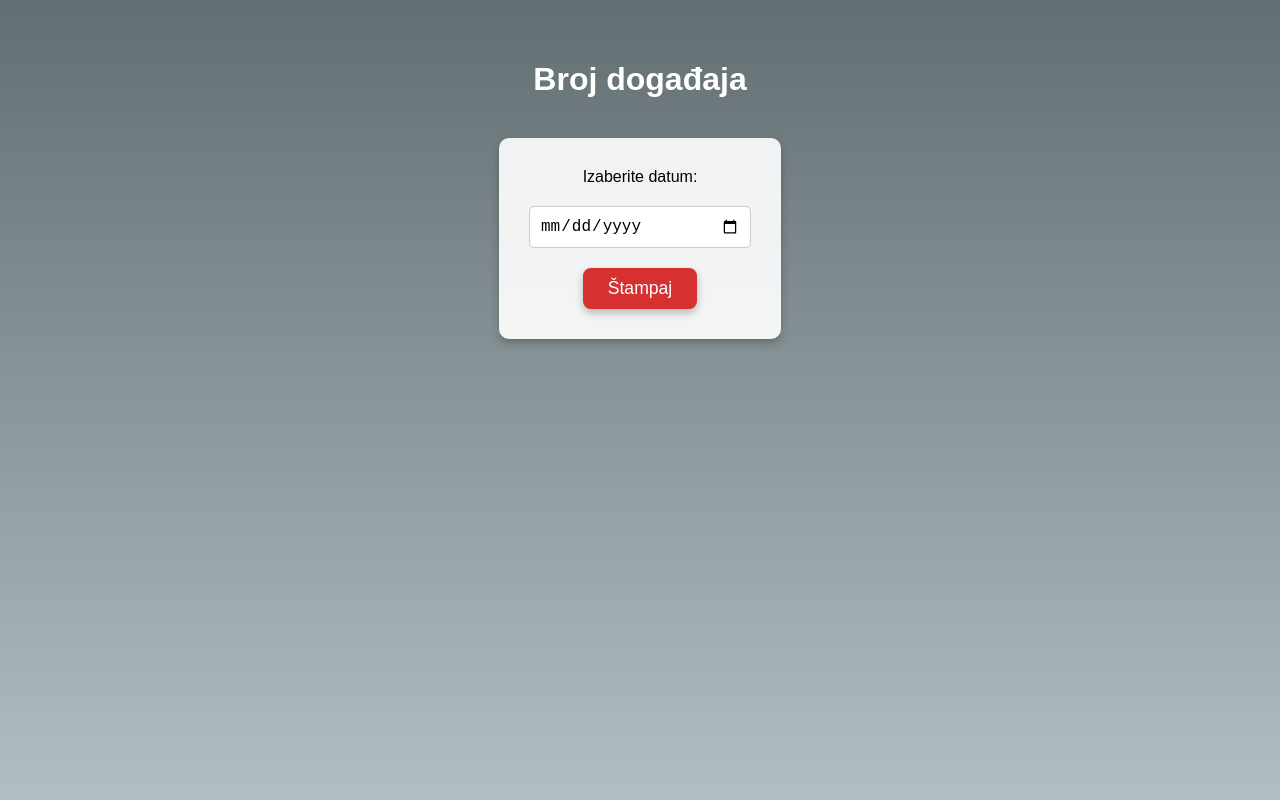
Repository: OggyWeiss/Projekat
Page: http://localhost/DogadjajiWEB/administrator/brojDogadjaja.jsp
These files come from the project's save history. The page is drawn as it stood at one moment and after a run of saves; the edit follows.
The browser window is 1280 px wide. The pictures show the whole page.
The page is served by Tomcat 10.

Above is the page before, as saved 2025-09-06 10:00:51.

After the next 2 saves:
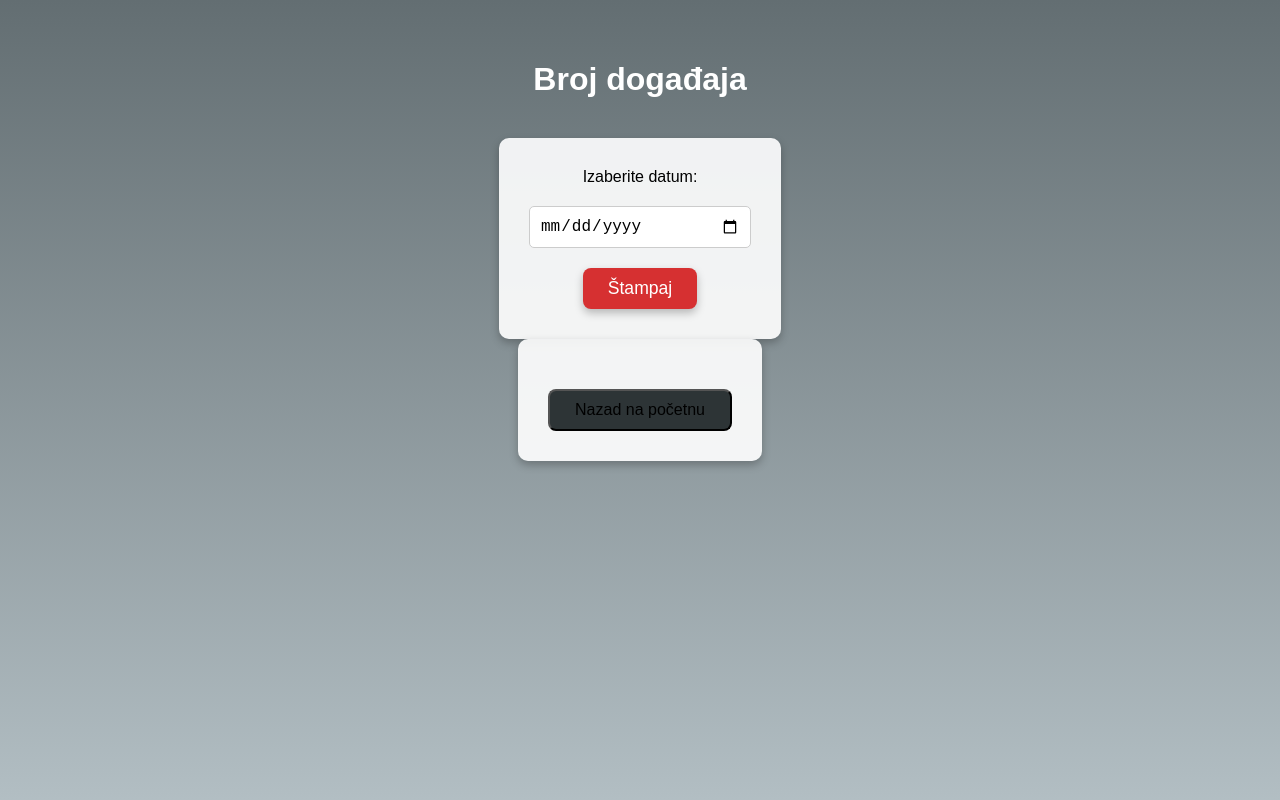
The 2 saves are shown as one change because they came seconds apart.
The last was saved 82 s later.
--- a/DogadjajiWEB/src/main/webapp/administrator/brojDogadjaja.jsp
+++ b/DogadjajiWEB/src/main/webapp/administrator/brojDogadjaja.jsp
@@ -51,14 +51,30 @@
         .btn:hover {
             background-color: #e17055;
         }
+        .back-btn {
+            background-color: #2d3436;
+            margin-top: 20px;
+            padding: 10px 25px;
+            border-radius: 8px;
+            font-size: 1rem;
+        }
+        .back-btn:hover {
+            background-color: #636e72;
+        }
     </style>
 </head>
 <body>
     <h1>Broj događaja</h1>
+
     <form action="/Dogadjaji/administratorController/stampajBrojDogadjaja" method="get">
         <label for="datum">Izaberite datum:</label>
         <input type="date" id="datum" name="datum" required>
         <button type="submit" class="btn">Štampaj</button>
     </form>
+
+
+    <form action="/Dogadjaji/administratorController/administratorHome" method="get">
+        <button type="submit" class="back-btn">Nazad na početnu</button>
+    </form>
 </body>
 </html>
